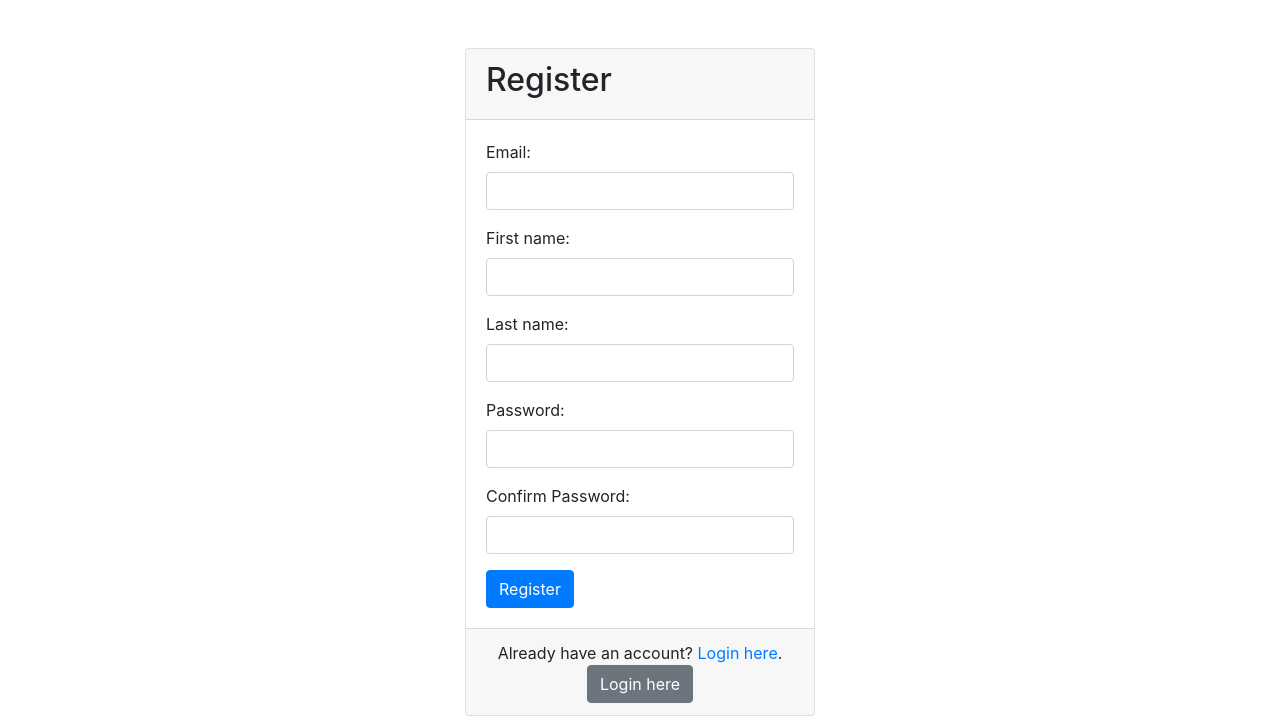
Repository: apps-eduard/TH_MONITORING_v1
Page: http://localhost/user_profile/register/
The author's editor kept a copy of each file at every save. The page is drawn from the files as they stood at one save, then again after a run of saves.
The browser window is 1280 px wide. The pictures show the whole page.
Some web libraries are served in a nearby version. The page is served by the project's application, run on Django 5.2 (manage.py). Other server files are loaded and not shown.

Above is the page before, as saved 2024-03-26 13:42:53.

### user_profile/templates/user_profile/register.html
<!-- user_profile/register.html -->

{% extends 'base.html' %}

{% block content %}
<div class="container mt-5">
    <div class="row"> <!-- Add row class here -->
        <!-- Wrap form within a column div -->
        <div class="col-md-4 mx-auto">
            <!-- Bootstrap card container -->
            <div class="card">
                <!-- Card header (optional) -->
                <div class="card-header">
                    <h2>Register</h2>
                </div>
                <!-- Card body -->
                <div class="card-body">
                    <form method="post">
                        {% csrf_token %}
                        {{ form.as_p }}
                        <button type="submit" class="btn btn-primary">Register</button>
                    </form>
                </div>
                <!-- Card footer (optional) -->
                <div class="card-footer text-center">
                    Already have an account? <a href="{% url 'login' %}">Login here</a>.
                    <a href="{% url 'user_profile:login' %}" class="btn btn-secondary">Login here</a>
                </div>
            </div>
        </div>
    </div>
</div>
{% endblock %}





{% comment %} {% extends 'base.html' %}

{% block content %}
<div class="container">
    <h2>Register</h2>
    <form method="post">
        {% csrf_token %}
        {{ form.as_p }}
        <button type="submit" class="btn btn-primary">Register</button>
        <!-- Add a Cancel button/link -->
        <a href="{% url 'user_profile:login' %}" class="btn btn-secondary">Cancel</a>
    </form>
</div>
{% endblock %} {% endcomment %}

### templates/base.html
<!DOCTYPE html>
<html lang="en">
<head>
    <meta charset="UTF-8">
    <meta name="viewport" content="width=device-width, initial-scale=1.0">
    <title>{% block title %}Your Site{% endblock %}</title>
    <link href="https://stackpath.bootstrapcdn.com/bootstrap/4.5.2/css/bootstrap.min.css" rel="stylesheet">
</head>
<body>
    {% if show_navbar %}
    <!-- Navbar -->
    <nav class="navbar navbar-expand-lg navbar-light bg-light">
        <a class="navbar-brand" href="#">Project Name</a>
        <button class="navbar-toggler" type="button" data-toggle="collapse" data-target="#navbarNav" aria-controls="navbarNav" aria-expanded="false" aria-label="Toggle navigation">
            <span class="navbar-toggler-icon"></span>
        </button>
        <div class="collapse navbar-collapse" id="navbarNav">
            <ul class="navbar-nav ml-auto">
                {% if user.is_authenticated %}
                    <li class="nav-item dropdown">
                        <a class="nav-link dropdown-toggle" href="#" id="navbarDropdown" role="button" data-toggle="dropdown" aria-haspopup="true" aria-expanded="false">
                            {{ user.get_full_name|default:user.email }}
                        </a>
                        <div class="dropdown-menu" aria-labelledby="navbarDropdown">
                            <a class="dropdown-item" href="#">Profile</a>
                            <a class="dropdown-item" href="{% url 'user_profile:logout' %}">Logout</a>
                        </div>
                    </li>
                {% else %}
                    {% comment %} <li class="nav-item">
                        {% if user.is_authenticated %}
                        <a class="nav-link"  href="{% url 'user_profile:edit-profile' %}" onclick="console.log('User is authenticated')">Edit Profile</a>
                        {% else %}
                            <a class="nav-link"  href="{% url 'user_profile:edit-profile' %}" onclick="console.log('User is not authenticated')">Edit Profile</a>
                        {% endif %}
                    </li> {% endcomment %}
                    <li class="nav-item">
                        <a class="nav-link"  href="{% url 'user_profile:edit-profile' %}" onclick="console.log('User is not authenticated')">Edit Profile</a>
                    </li>
                    <li class="nav-item">
                        <a class="nav-link" href="{% url 'register' %}">Register</a>
                    </li>
                {% endif %}
            </ul>
        </div>
    </nav>
    {% endif %}

{% block content %}
{% endblock %}

<script src="https://code.jquery.com/jquery-3.5.1.slim.min.js"></script>
<script src="https://cdn.jsdelivr.net/npm/@popperjs/core@2.5.2/dist/umd/popper.min.js"></script>
<script src="https://stackpath.bootstrapcdn.com/bootstrap/4.5.2/js/bootstrap.min.js"></script>
</body>
</html>

### user_profile/forms.py
from django import forms
from django.contrib.auth.forms import UserCreationForm
from django.contrib.auth.forms import UserChangeForm
from django.contrib.auth import get_user_model
from .models import User

User = get_user_model()

# class UserRegistrationForm(UserCreationForm):
#     email = forms.EmailField()
#     first_name = forms.CharField(max_length=30)
#     last_name = forms.CharField(max_length=30)

#     class Meta:
#         model = User
#         fields = ['email', 'first_name', 'last_name', 'password1', 'password2']

class UserRegistrationForm(forms.ModelForm):
    password = forms.CharField(label='Password', widget=forms.PasswordInput(attrs={'class': 'form-control'}))
    password_confirm = forms.CharField(label='Confirm Password', widget=forms.PasswordInput(attrs={'class': 'form-control'}))

    class Meta:
        model = User
        fields = ['email', 'first_name', 'last_name', 'password']
        widgets = {
            'email': forms.EmailInput(attrs={'class': 'form-control'}),
            'first_name': forms.TextInput(attrs={'class': 'form-control'}),
            'last_name': forms.TextInput(attrs={'class': 'form-control'}),
        }

    def __init__(self, *args, **kwargs):
        super(UserRegistrationForm, self).__init__(*args, **kwargs)
        for field in self.fields:
            if field not in ('password', 'password_confirm'):  # These fields are already handled
                self.fields[field].widget.attrs.update({
                    'class': 'form-control'
                })

    def clean_password_confirm(self):
        password = self.cleaned_data.get('password')
        password_confirm = self.cleaned_data.get('password_confirm')
        if password and password_confirm and password != password_confirm:
            raise forms.ValidationError("Passwords don't match")
        return password_confirm

    def save(self, commit=True):
        user = super().save(commit=False)
        user.set_password(self.cleaned_data["password"])
        if commit:
            user.save()
        return user

class ProfileForm(UserChangeForm):
    class Meta:
        model = User
        fields = ['email', 'first_name', 'last_name']

class LoginForm(forms.Form):
    email = forms.EmailField(widget=forms.TextInput(attrs={'class': 'form-control', 'placeholder': 'Username', }) )
    password = forms.CharField(widget=forms.PasswordInput(attrs={'class': 'form-control', 'placeholder': 'Password', }))

### user_profile/models.py
from django.contrib.auth.models import AbstractBaseUser, BaseUserManager, PermissionsMixin
from django.db import models

class UserManager(BaseUserManager):
    def create_user(self, email, first_name, last_name, password=None, **extra_fields):
        if not email:
            raise ValueError('The Email field must be set')
        email = self.normalize_email(email)
        user = self.model(email=email, first_name=first_name, last_name=last_name, **extra_fields)
        user.set_password(password)
        user.save(using=self._db)
        return user

    def create_superuser(self, email, first_name, last_name, password=None, **extra_fields):
        extra_fields.setdefault('is_staff', True)
        extra_fields.setdefault('is_superuser', True)

        return self.create_user(email, first_name, last_name, password, **extra_fields)

class User(AbstractBaseUser, PermissionsMixin):
    email = models.EmailField(unique=True)
    first_name = models.CharField(max_length=30)
    last_name = models.CharField(max_length=30)
    is_active = models.BooleanField(default=True)
    is_staff = models.BooleanField(default=False)

    objects = UserManager()

    USERNAME_FIELD = 'email'
    REQUIRED_FIELDS = ['first_name', 'last_name']

    def __str__(self):
        return self.email

def get_full_name(self):
    """Return the first_name plus the last_name, with a space in between."""
    full_name = f"{self.first_name} {self.last_name}".strip()
    return full_name or self.email

### user_profile/views.py

from django.shortcuts import render, redirect
from django.contrib.auth import authenticate, login
from .forms import UserRegistrationForm, LoginForm
from django.contrib.auth.forms import AuthenticationForm
from django.urls import reverse
from django.contrib.auth import logout
from django.contrib import messages
from django.contrib.auth.decorators import login_required
from .forms import ProfileForm

# @login_required
def edit_profile_view(request):
    if request.method == 'POST':
        form = ProfileForm(request.POST, instance=request.user.profile)
        if form.is_valid():
            form.save()
            return redirect('user_profile:profile')  # Redirect to profile page after successful edit
    else:
        form = ProfileForm(instance=request.user.profile)

    return render(request, 'user_profile/edit_profile.html', {'form': form})


def register(request):
    if request.method == 'POST':
        form = UserRegistrationForm(request.POST)
        if form.is_valid():
            form.save()
            # Redirect to login page after successful registration
            return redirect('user_profile:login')  # Using redirect with the name of the login url pattern
    else:
        form = UserRegistrationForm()
    return render(request, 'user_profile/register.html', {'form': form, 'show_navbar': False})

def login_view(request):
    if request.method == 'POST':
        form = LoginForm(request.POST)
        if form.is_valid():
            user = authenticate(request, email=form.cleaned_data['email'], password=form.cleaned_data['password'])
            if user is not None:
                login(request, user)
            return redirect('th_monitoring:dashboard')
    else:
        form = LoginForm()
    return render(request, 'user_profile/login.html', {'form': form, 'show_navbar': False})

def register_view(request):
    if request.method == 'POST':
        form = UserRegistrationForm(request.POST)
        if form.is_valid():
            form.save()
            return redirect('user_profile:login')  # Redirect to login page after successful registration
    else:
        form = UserRegistrationForm()

    return render(request, 'user_profile/register.html', {'form': form})

def logout_view(request):
    logout(request)
    messages.add_message(request, messages.SUCCESS, 'You have successfully logged out.')
    return redirect('/user_profile/login/')

### core/urls.py
from django.contrib import admin
from django.urls import path, include
from user_profile.views import login_view

urlpatterns = [
    path('admin/', admin.site.urls),
    path('', login_view, name='login'),
    path('th_monitoring/', include('th_monitoring.urls', namespace='th_monitoring')),
    path('user_profile/', include(('user_profile.urls', 'user_profile'), namespace='user_profile')),


]

### th_monitoring/urls.py
# th_monitoring/urls.py

from django.urls import path
from . import views

app_name = 'th_monitoring'

urlpatterns = [
    path('', views.monitoring_dashboard, name='dashboard'),
]

### user_profile/urls.py
from django.urls import path
from .views import login_view, logout_view, register
from . import views   # Import the views module

app_name = 'user_profile'  # This is the namespace for the URLs in this app

urlpatterns = [
    path('login/', login_view, name='login'),
    path('register/', register, name='register'),
    path('logout/', logout_view, name='logout'),
    path('edit-profile/', views.edit_profile_view, name='edit_profile'),


]

After the next 2 saves:
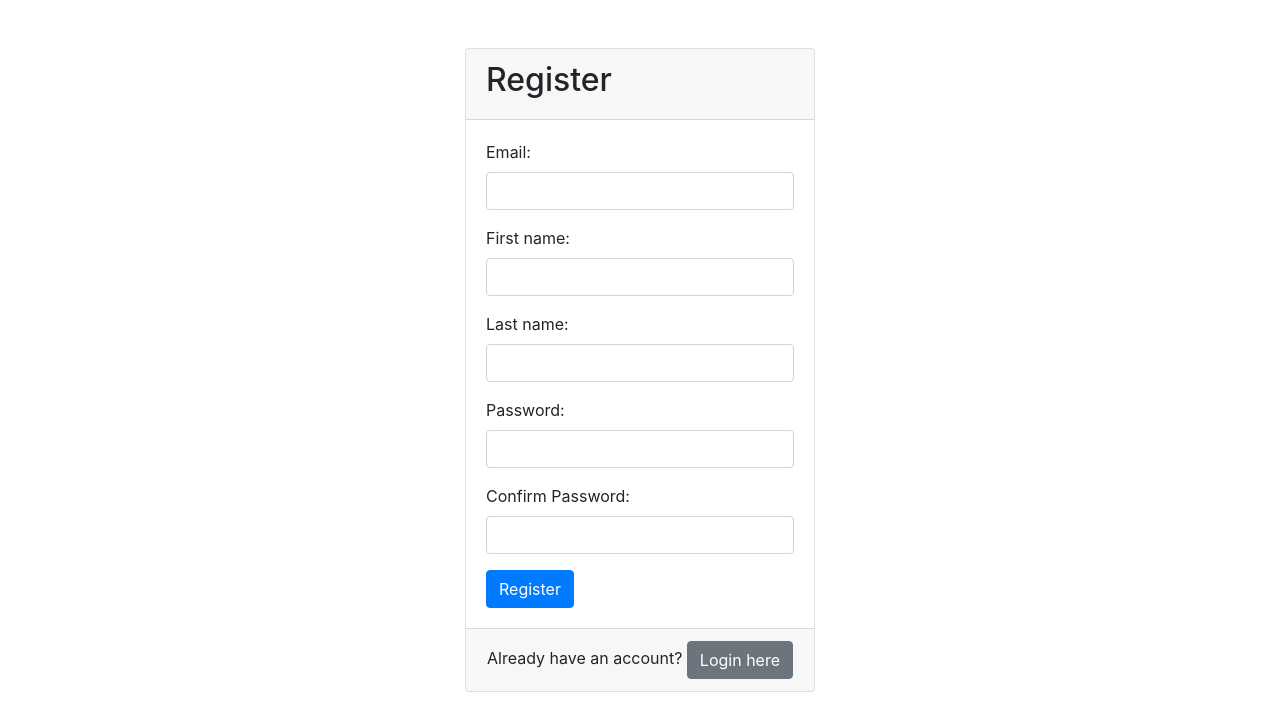
The 2 saves are shown as one change because they came seconds apart.
The last was saved 9 s later.
--- a/user_profile/templates/user_profile/register.html
+++ b/user_profile/templates/user_profile/register.html
@@ -23,8 +23,8 @@
                 </div>
                 <!-- Card footer (optional) -->
                 <div class="card-footer text-center">
-                    Already have an account? <a href="{% url 'login' %}">Login here</a>.
-                    <a href="{% url 'user_profile:login' %}" class="btn btn-secondary">Login here</a>
+                    Already have an account? <a href="{% url 'user_profile:login' %}" class="btn btn-secondary">Login here</a>
+
                 </div>
             </div>
         </div>
